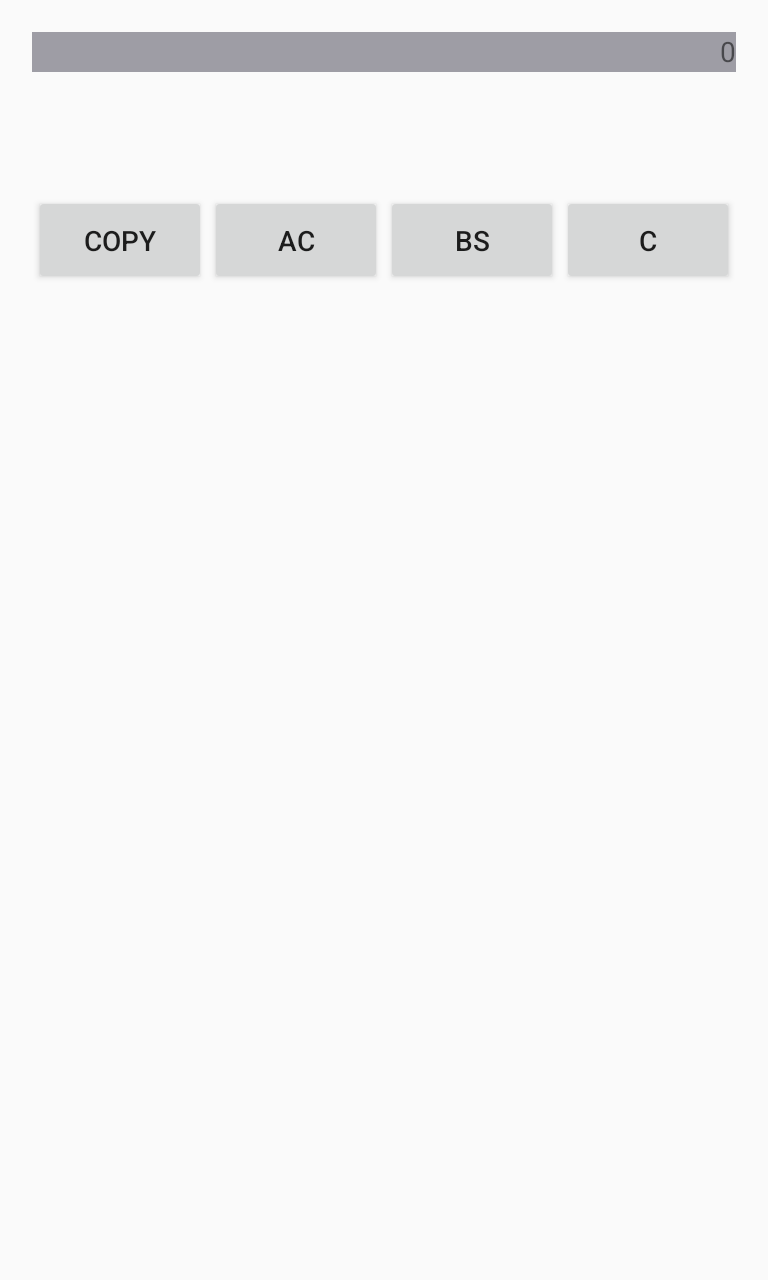
Repository: y-matsumoto/TECH.C-2015
Layout: submit/shokei/java0704/Calculator/res/layout/activity_main.xml
The author's editor kept a copy of each file at every save. The layout is drawn from the files as they stood at one save, then again after the next save.
It is drawn on a 768 x 1280 px phone screen (xhdpi) without system bars, with theme AppTheme; the app's code is not run.

Above is the layout before, as saved 2015-07-04 07:13:53.

### submit/shokei/java0704/Calculator/res/layout/activity_main.xml
<RelativeLayout xmlns:android="http://schemas.android.com/apk/res/android"
    xmlns:tools="http://schemas.android.com/tools"
    android:layout_width="match_parent"
    android:layout_height="match_parent"
    android:paddingBottom="@dimen/activity_vertical_margin"
    android:paddingLeft="@dimen/activity_horizontal_margin"
    android:paddingRight="@dimen/activity_horizontal_margin"
    android:paddingTop="@dimen/activity_vertical_margin"
    tools:context="com.example.calculator.MainActivity" >

    <TextView
        android:id="@+id/result"
        android:layout_width="match_parent"
        android:layout_height="20dp"
        android:gravity="end"
        android:text="0"
        android:background="#9E9DA5"/>

    <TextView
        android:id="@+id/opera"
        android:layout_width="match_parent"
        android:layout_height="10dp"
        android:layout_below="@+id/result"
        android:text="" />

    <LinearLayout
        android:id="@+id/line1"
        android:layout_width="wrap_content"
        android:layout_height="wrap_content"
        android:layout_below="@+id/opera"
        android:layout_marginTop="50dp"
        android:orientation="horizontal" >

        <Button
            android:id="@+id/Copy"
            android:layout_width="wrap_content"
            android:layout_height="wrap_content"
            android:layout_weight="1"
            android:text="Copy" />

        <Button
            android:id="@+id/AC"
            android:layout_width="wrap_content"
            android:layout_height="wrap_content"
            android:layout_weight="1"
            android:text="AC" />

        <Button
            android:id="@+id/BS"
            android:layout_width="wrap_content"
            android:layout_height="wrap_content"
            android:layout_weight="1"
            android:text="BS" />

        <Button
            android:id="@+id/Clear"
            android:layout_width="wrap_content"
            android:layout_height="wrap_content"
            android:layout_weight="1"
            android:text="C" />
    </LinearLayout>

    <LinearLayout
        android:id="@+id/line2"
        android:layout_width="wrap_content"
        android:layout_height="wrap_content"
        android:layout_below="@+id/line1"
        android:layout_marginTop="50dp"
        android:orientation="horizontal" >
    </LinearLayout>

    <LinearLayout
        android:id="@+id/line3"
        android:layout_width="wrap_content"
        android:layout_height="wrap_content"
        android:layout_below="@+id/line2"
        android:layout_marginTop="50dp"
        android:orientation="horizontal" >
    </LinearLayout>

    <LinearLayout
        android:id="@+id/line4"
        android:layout_width="wrap_content"
        android:layout_height="wrap_content"
        android:layout_below="@+id/line3"
        android:layout_marginTop="50dp"
        android:orientation="horizontal" >
    </LinearLayout>

</RelativeLayout>

Loaded but not shown: submit/shokei/java0704/Calculator/res/values/styles.xml (common file); submit/shokei/java0704/Calculator/res/values-v11/styles.xml (common file); submit/shokei/java0704/Calculator/res/values-v14/styles.xml (common file); submit/shokei/java0704/Calculator/res/values/dimens.xml (common file); submit/shokei/java0704/Calculator/res/values-w820dp/dimens.xml (common file)

After the next save:
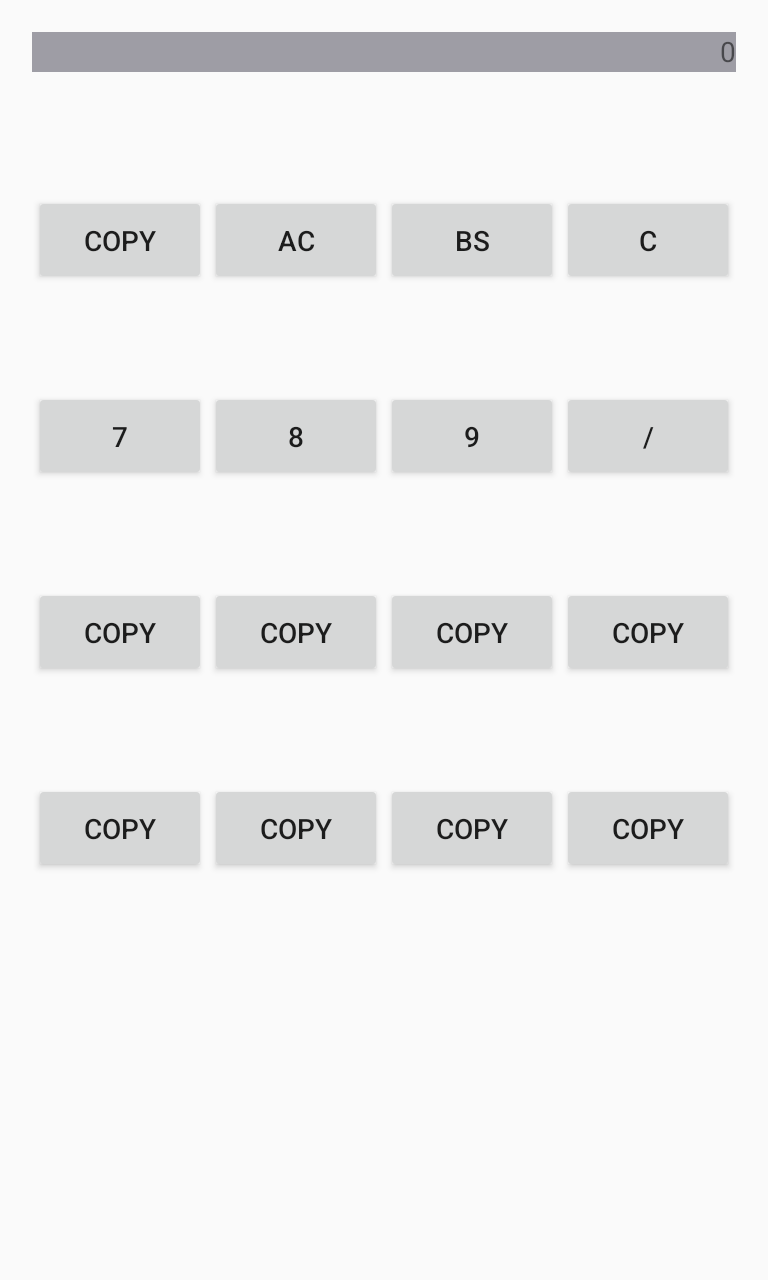
Saved 2 min 26 s later.
--- a/submit/shokei/java0704/Calculator/res/layout/activity_main.xml
+++ b/submit/shokei/java0704/Calculator/res/layout/activity_main.xml
@@ -12,9 +12,9 @@
         android:id="@+id/result"
         android:layout_width="match_parent"
         android:layout_height="20dp"
+        android:background="#9E9DA5"
         android:gravity="end"
-        android:text="0"
-        android:background="#9E9DA5"/>
+        android:text="0" />
 
     <TextView
         android:id="@+id/opera"
@@ -67,6 +67,34 @@
         android:layout_below="@+id/line1"
         android:layout_marginTop="50dp"
         android:orientation="horizontal" >
+
+        <Button
+            android:id="@+id/SEVEN"
+            android:layout_width="wrap_content"
+            android:layout_height="wrap_content"
+            android:layout_weight="1"
+            android:text="7" />
+
+        <Button
+            android:id="@+id/EIGHT"
+            android:layout_width="wrap_content"
+            android:layout_height="wrap_content"
+            android:layout_weight="1"
+            android:text="8" />
+
+        <Button
+            android:id="@+id/NINE"
+            android:layout_width="wrap_content"
+            android:layout_height="wrap_content"
+            android:layout_weight="1"
+            android:text="9" />
+
+        <Button
+            android:id="@+id/DIVI"
+            android:layout_width="wrap_content"
+            android:layout_height="wrap_content"
+            android:layout_weight="1"
+            android:text="/" />
     </LinearLayout>
 
     <LinearLayout
@@ -76,6 +104,34 @@
         android:layout_below="@+id/line2"
         android:layout_marginTop="50dp"
         android:orientation="horizontal" >
+
+        <Button
+            android:id="@+id/Copy"
+            android:layout_width="wrap_content"
+            android:layout_height="wrap_content"
+            android:layout_weight="1"
+            android:text="Copy" />
+
+        <Button
+            android:id="@+id/Copy"
+            android:layout_width="wrap_content"
+            android:layout_height="wrap_content"
+            android:layout_weight="1"
+            android:text="Copy" />
+
+        <Button
+            android:id="@+id/Copy"
+            android:layout_width="wrap_content"
+            android:layout_height="wrap_content"
+            android:layout_weight="1"
+            android:text="Copy" />
+
+        <Button
+            android:id="@+id/Copy"
+            android:layout_width="wrap_content"
+            android:layout_height="wrap_content"
+            android:layout_weight="1"
+            android:text="Copy" />
     </LinearLayout>
 
     <LinearLayout
@@ -85,6 +141,34 @@
         android:layout_below="@+id/line3"
         android:layout_marginTop="50dp"
         android:orientation="horizontal" >
+
+        <Button
+            android:id="@+id/Copy"
+            android:layout_width="wrap_content"
+            android:layout_height="wrap_content"
+            android:layout_weight="1"
+            android:text="Copy" />
+
+        <Button
+            android:id="@+id/Copy"
+            android:layout_width="wrap_content"
+            android:layout_height="wrap_content"
+            android:layout_weight="1"
+            android:text="Copy" />
+
+        <Button
+            android:id="@+id/Copy"
+            android:layout_width="wrap_content"
+            android:layout_height="wrap_content"
+            android:layout_weight="1"
+            android:text="Copy" />
+
+        <Button
+            android:id="@+id/Copy"
+            android:layout_width="wrap_content"
+            android:layout_height="wrap_content"
+            android:layout_weight="1"
+            android:text="Copy" />
     </LinearLayout>
 
 </RelativeLayout>
